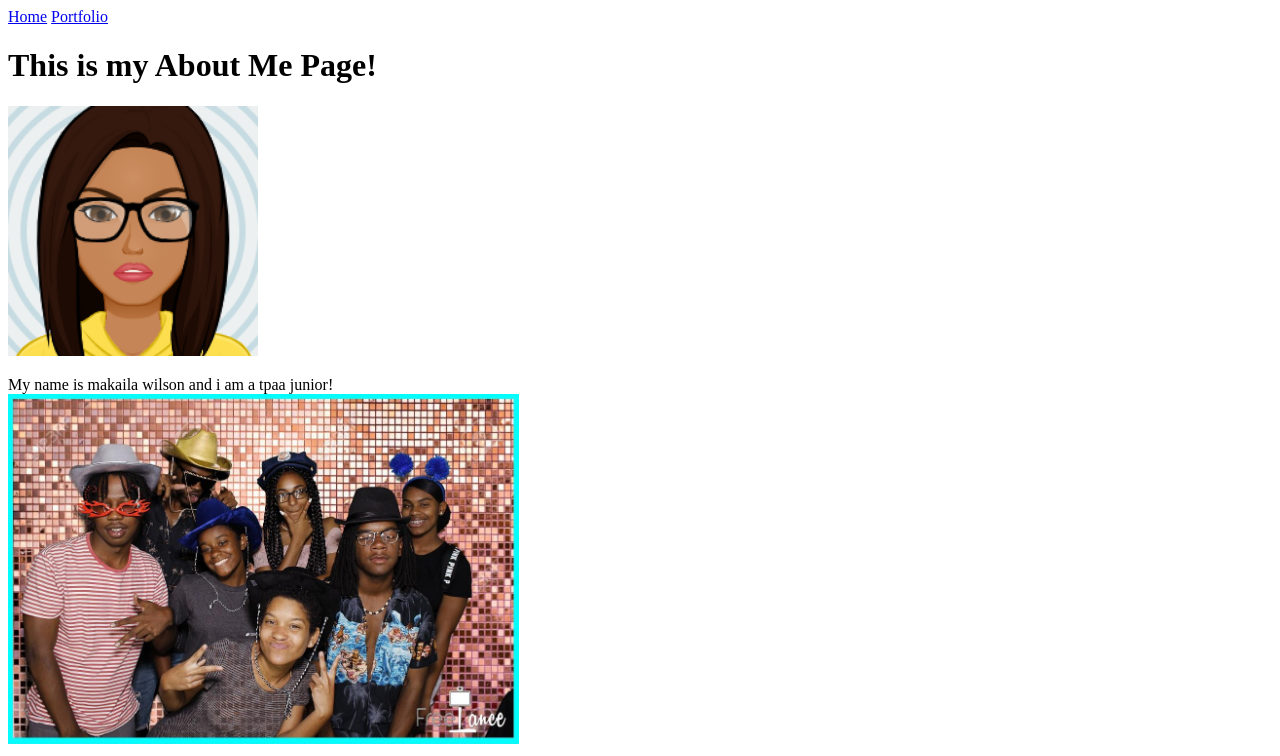
Repository: mwilson3286/mwilson3286.github.io
Page: my_website/Aboutme.html
The author's editor kept a record of every edit. The page is drawn from the files as they stood at one moment, then again after the next edit.
The browser window is 1280 px wide. The pictures show the whole page.

Above is the page before.

After the next edit:
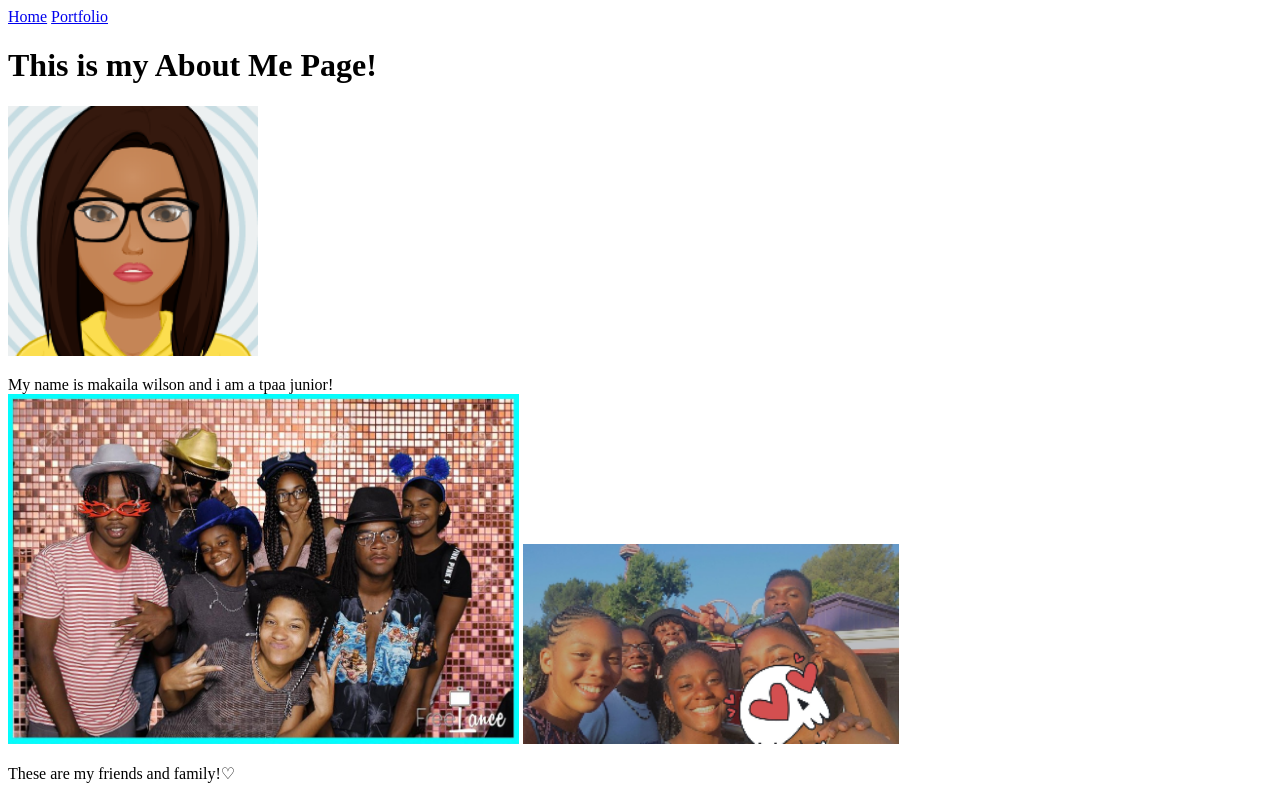
The edit:
--- a/my_website/Aboutme.html
+++ b/my_website/Aboutme.html
@@ -15,4 +15,6 @@
     </a>
  </body>
 </html>
-<img src="image2.jpg" height="350">
+<img src="images/image2.jpg" height="350">
+<img src="images/image3.jpg" height="200">
+</p>These are my friends and family!♡
